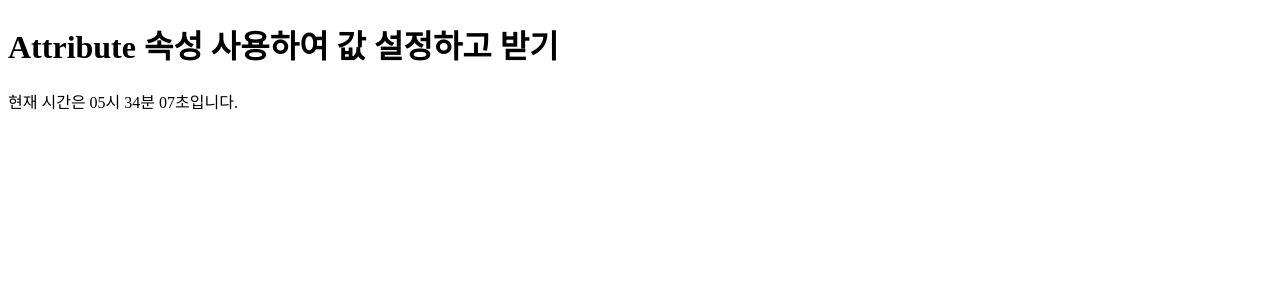
Repository: zhyuk/FullStackStudy
Page: http://localhost/jsptwo/10_02_makeTime.jsp
These files come from the project's save history. The page is drawn as it stood at one moment and after a run of saves; the edit follows.
The browser window is 1280 px wide. The pictures show the whole page.
The page is served by Tomcat 9.

Above is the page before, as saved 2024-08-28 07:31:52.

After the next 2 saves:
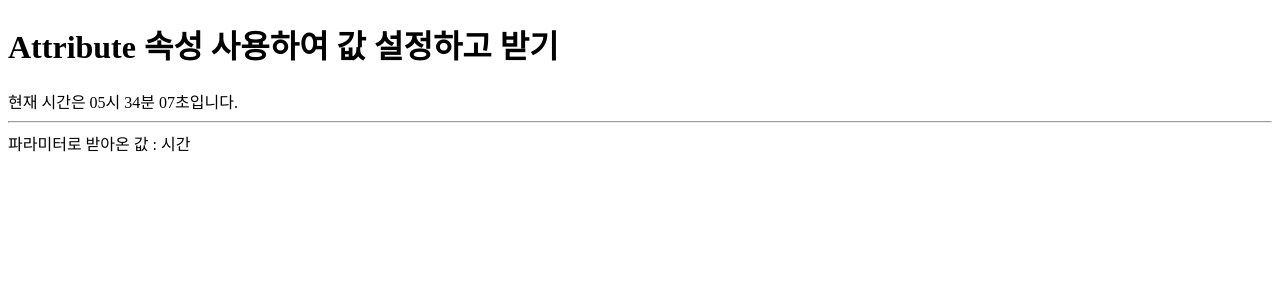
The 2 saves are shown as one change because they came seconds apart.
The last was saved 16 s later.
--- a/jsp/jspwork/jsptwo/src/main/webapp/10_02_viewTime.jsp
+++ b/jsp/jspwork/jsptwo/src/main/webapp/10_02_viewTime.jsp
@@ -13,5 +13,8 @@
 	현재 시간은 <%= cal.get(Calendar.HOUR_OF_DAY) > 9 ? cal.get(Calendar.HOUR_OF_DAY) : "0" + cal.get(Calendar.HOUR_OF_DAY) %>시
 	<%= cal.get(Calendar.MINUTE) > 9 ? cal.get(Calendar.MINUTE) : "0" + cal.get(Calendar.MINUTE) %>분
 	<%= cal.get(Calendar.SECOND) > 9 ? cal.get(Calendar.SECOND) : "0" + cal.get(Calendar.SECOND) %>초입니다.
+
+	<hr>
+	파라미터로 받아온 값 : <%= request.getParameter("time") %>
 </body>
 </html>
